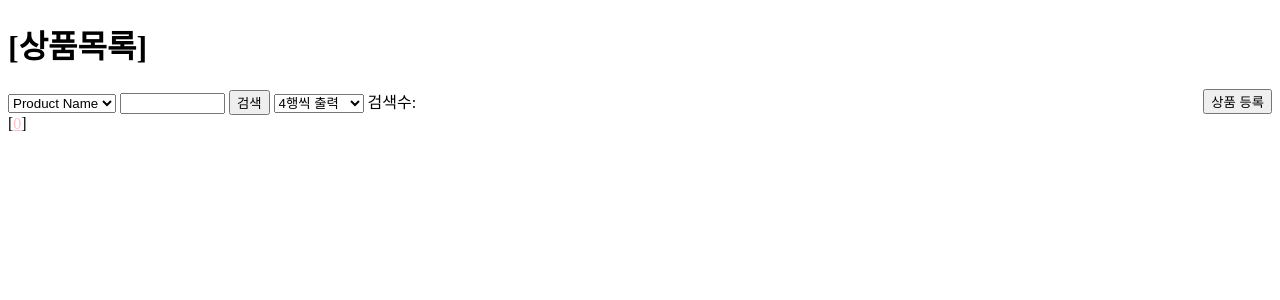
Repository: han-yeon-uk/ex07
Page: http://localhost/ex10/WEB-INF/views/list.jsp
An editor plug-in stored every save of this project. The page is shown before and after the next save, followed by the edit.
The browser window is 1280 px wide. The pictures show the whole page.
Some web libraries are served in a nearby version. The page is served by Tomcat 9. Nobody is signed in. The template is opened directly, without the code that normally fills it, so the values that code supplies are empty.

Above is the page before, as saved 2020-11-18 02:38:07.

After the next save:
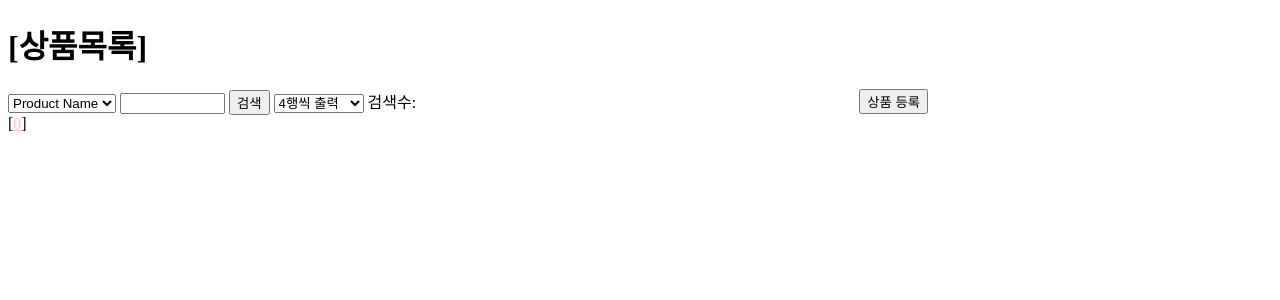
Saved 20 s later.
--- a/ex10/src/main/webapp/WEB-INF/views/list.jsp
+++ b/ex10/src/main/webapp/WEB-INF/views/list.jsp
@@ -16,7 +16,7 @@
 <body>
 	<h1>[상품목록]</h1>
 
-	<form action="list" name="frm">
+	<form action="list" name="frm" style="width:920px;">
 		<input type="hidden" name="page" value="1">
 		<select name="searchType">
 			<option value="pname" <c:out value="${pm.cri.searchType=='pname'?'selected':''}"/> >Product Name</option>
